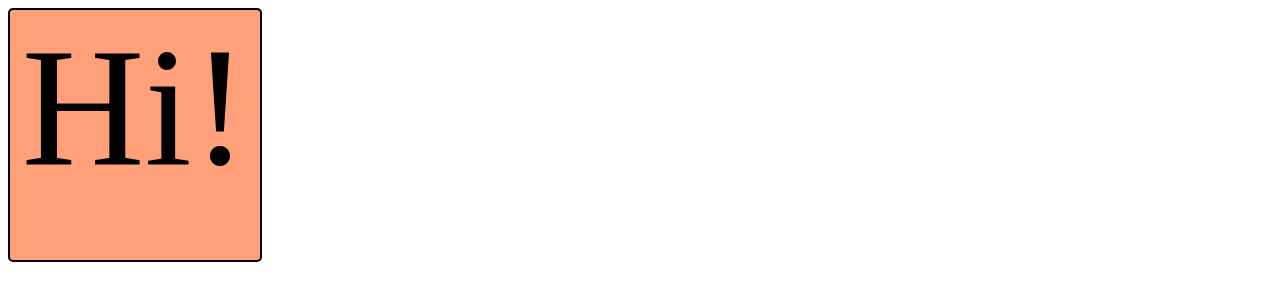
Repository: nottonofclay/csi_waymo
Page: animations/animations.html
An editor plug-in stored every save of this project. The page is shown before and after the next save, followed by the edit.
The browser window is 1280 px wide. The pictures show the whole page.

Above is the page before, as saved 2023-07-06 12:34:28.

After the next save:
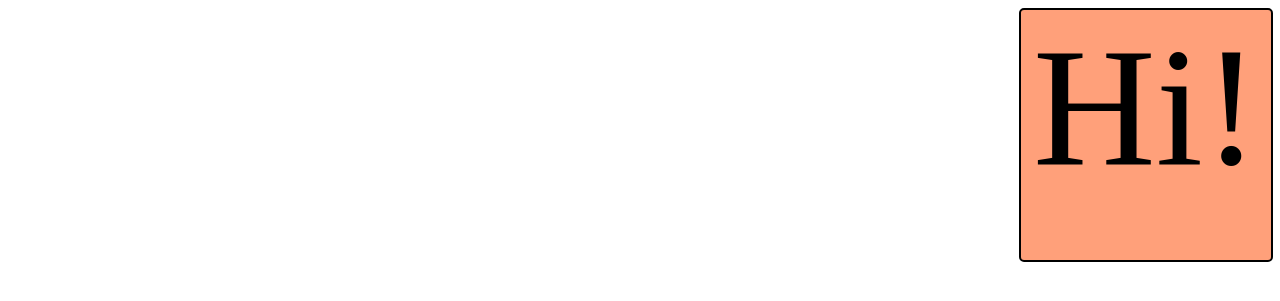
Saved 9 s later.
--- a/animations/animations.css
+++ b/animations/animations.css
@@ -8,7 +8,7 @@
     text-align: center;
 
     animation: mySlide;
-    animation-play-state: paused;
+    animation-play-state: running;
     animation-iteration-count: infinite;
     animation-delay: 1s;
     animation-timing-function: linear;

After the 3 saves that followed:
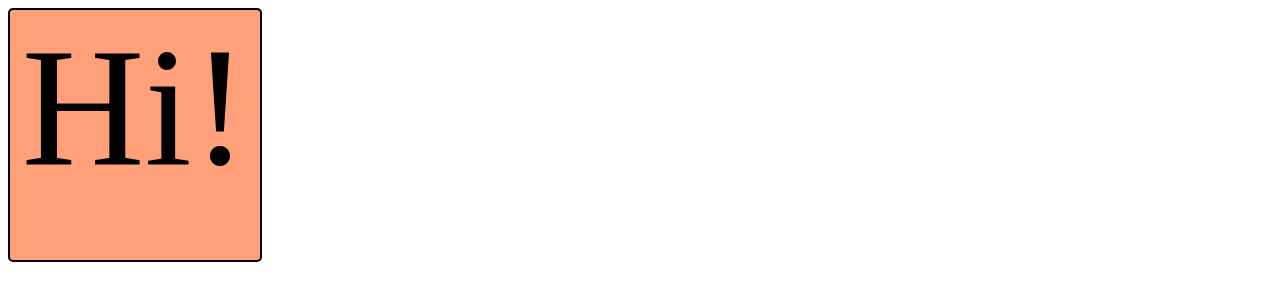
The 3 saves are shown as one change because 2 left the picture as it was.
The last was saved 50 s later.
--- a/animations/animations.css
+++ b/animations/animations.css
@@ -10,7 +10,7 @@
     animation: mySlide;
     animation-play-state: running;
     animation-iteration-count: infinite;
-    animation-delay: 1s;
+    animation-delay: 5s;
     animation-timing-function: linear;
     animation-duration: 5s;
 }
